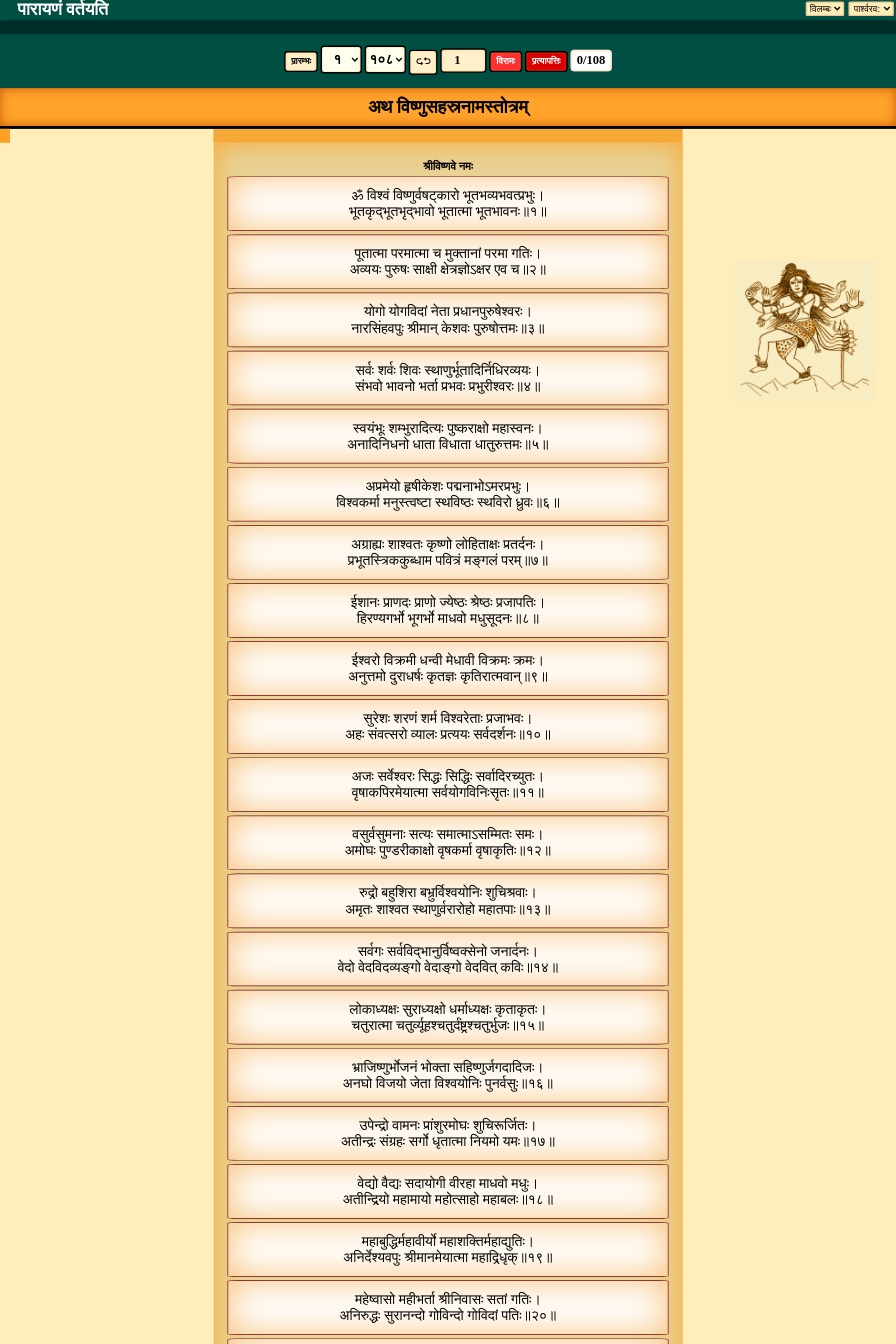
Repository: arshavak/vishnu-sahasranam
Page: index.html
An editor plug-in stored every save of this project. The page is shown before and after the next save, followed by the edit.
The browser window is 1280 px wide. The pictures show the part of the page from y = 0 to 1920 px (the page is 9271 px tall), at 70% of full size.

Above is the page before, as saved 2024-12-30 12:59:52.
Not found: scripts/sanskrittime.js

After the next save:
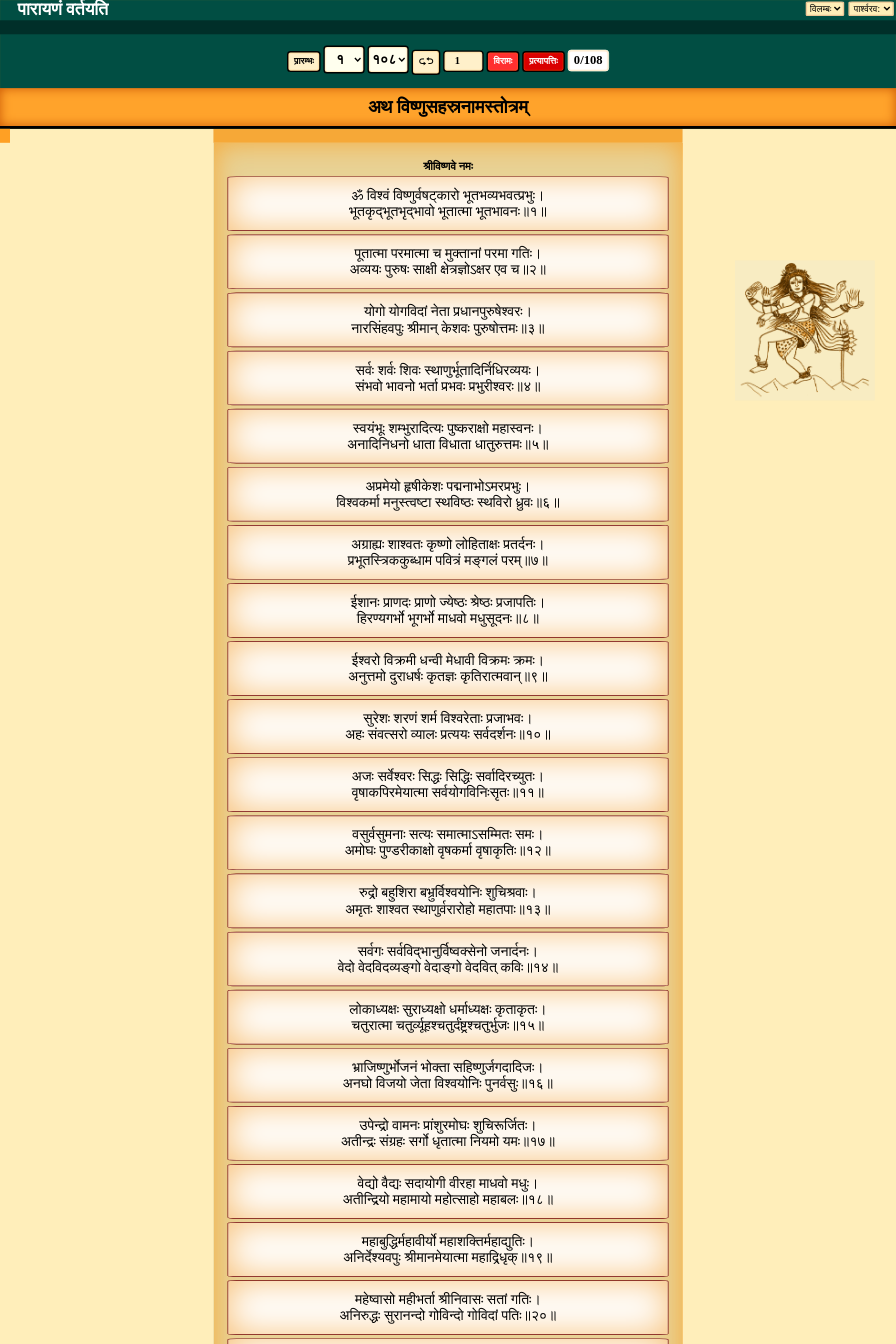
Saved 44 s later.
--- a/style/style.css
+++ b/style/style.css
@@ -241,7 +241,7 @@ input[type="number"]{
   border-radius: 5px;
   background-color: #fff0ca;
   color: rgb(0, 0, 0);
-  font-size: 18px;
+  font-size: 15px;
   cursor: pointer;
   font-weight: 800;
   flex-direction: row;
